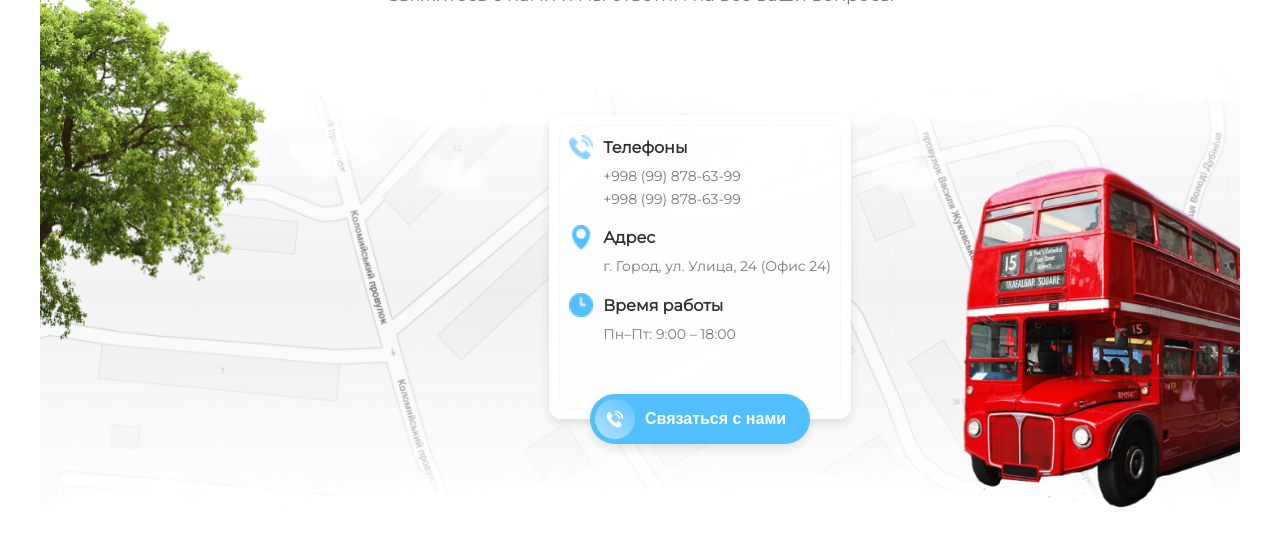
Repository: olyakorzh/Team-project-1
Page: assets/pages/students.html
The author's editor kept a copy of each file at every save. The page is drawn from the files as they stood at one save, then again after a run of saves.
The browser window is 1280 px wide. The pictures show the part of the page from y = 1861 to 2813 px (the page is 2411 px tall before and 2813 px after).
A picture or video elsewhere on the page could not be fetched, so the positions and the page height are approximate.

Above is the page before, as saved 2024-12-07 10:32:56.

After the next 3 saves:
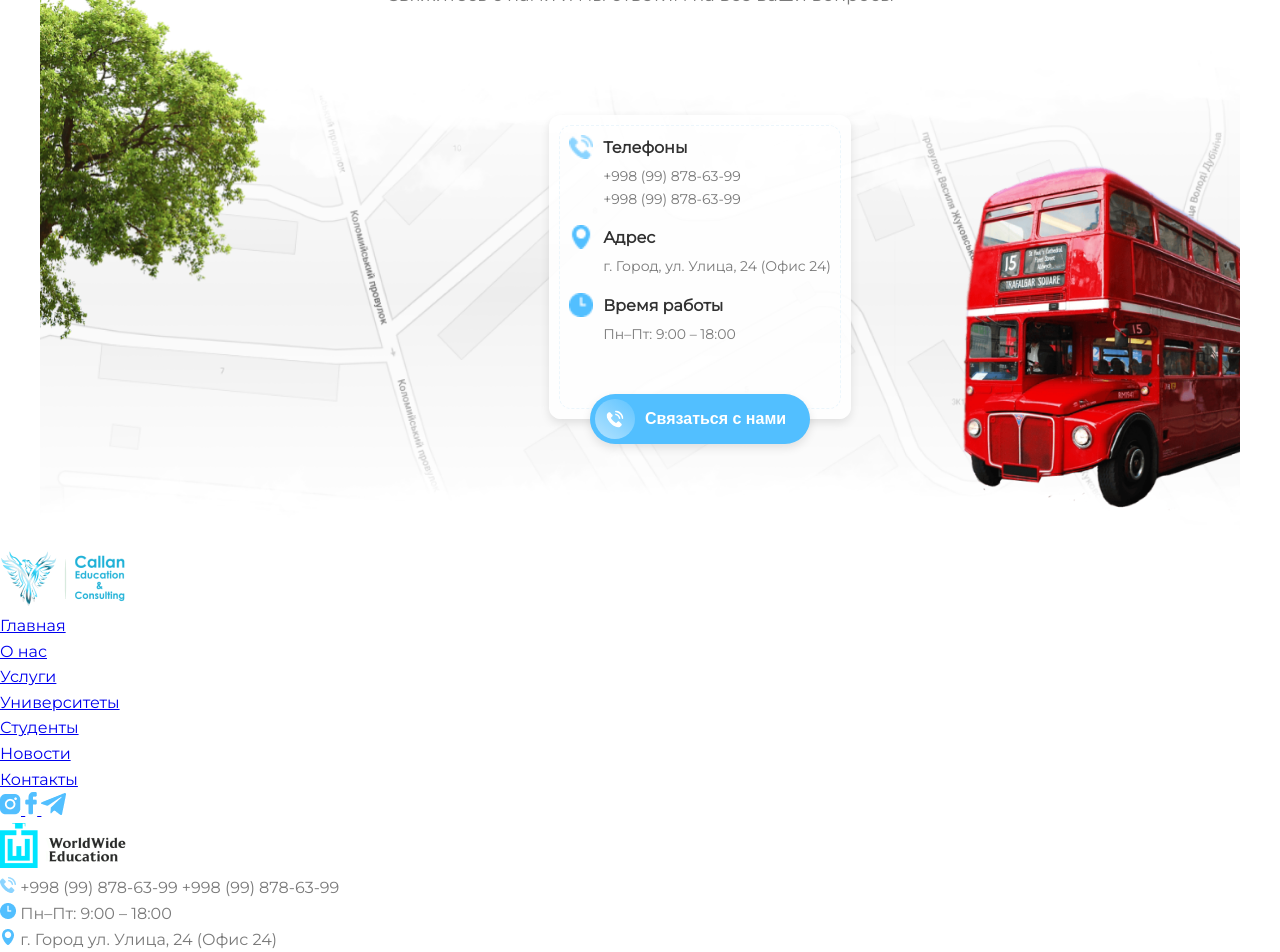
The 3 saves are shown as one change because they came seconds apart.
The last was saved 40 s later.
--- a/assets/pages/students.html
+++ b/assets/pages/students.html
@@ -273,6 +273,79 @@
             />
           </div>
         </section>
+
+        <footer class="footer">
+          <div class="footer__container">
+            <!-- Первый этаж -->
+            <div class="footer__icon">
+              <img src="../img/service.img/callan.png" alt="Callan Education" />
+            </div>
+            <nav class="footer__nav">
+              <ul class="footer__menu">
+                <li class="footer__menu-item"><a href="main.html">Главная</a></li>
+                <li class="footer__menu-item"><a href="aboutus.html">О нас</a></li>
+                <li class="footer__menu-item">
+                  <a href="services.html">Услуги</a>
+                </li>
+                <li class="footer__menu-item">
+                  <a href="uni.html">Университеты</a>
+                </li>
+                <li class="footer__menu-item">
+                  <a href="students.html">Студенты</a>
+                </li>
+                <li class="footer__menu-item"><a href="news.html">Новости</a></li>
+                <li class="footer__menu-item">
+                  <a href="contact.html">Контакты</a>
+                </li>
+              </ul>
+            </nav>
+            <div class="footer__social">
+              <a href="#" class="footer__social-link">
+                <img src="../img/service.img/inst.png" alt="Instagram" />
+              </a>
+              <a href="#" class="footer__social-link">
+                <img src="../img/service.img/fb.png" alt="Facebook" />
+              </a>
+              <a href="#" class="footer__social-link">
+                <img src="../img/service.img/TG.png" alt="Telegram" />
+              </a>
+            </div>
+
+            <!-- Второй этаж -->
+            <div class="footer__icon">
+              <img src="../img/service.img/world.png" alt="WorldWide Education" />
+            </div>
+            <div class="footer__contacts">
+              <div class="footer__contact-item">
+                <img
+                  src="../img/service.img/call.png"
+                  alt="Телефон"
+                  class="footer__icon"
+                />
+                +998 (99) 878-63-99 +998 (99) 878-63-99
+              </div>
+              <div class="footer__contact-item">
+                <img
+                  src="../img/service.img/time.png"
+                  alt="Часы работы"
+                  class="footer__icon"
+                />
+                Пн–Пт: 9:00 – 18:00
+              </div>
+              <div class="footer__contact-item">
+                <img
+                  src="../img/service.img/location.png"
+                  alt="Адрес"
+                  class="footer__icon"
+                />
+                <span>
+                  <span class="footer__city">г. Город</span>
+                  <span class="footer__address">ул. Улица, 24 (Офис 24)</span>
+                </span>
+              </div>
+            </div>
+          </div>
+        </footer>
         </main>
 
 
